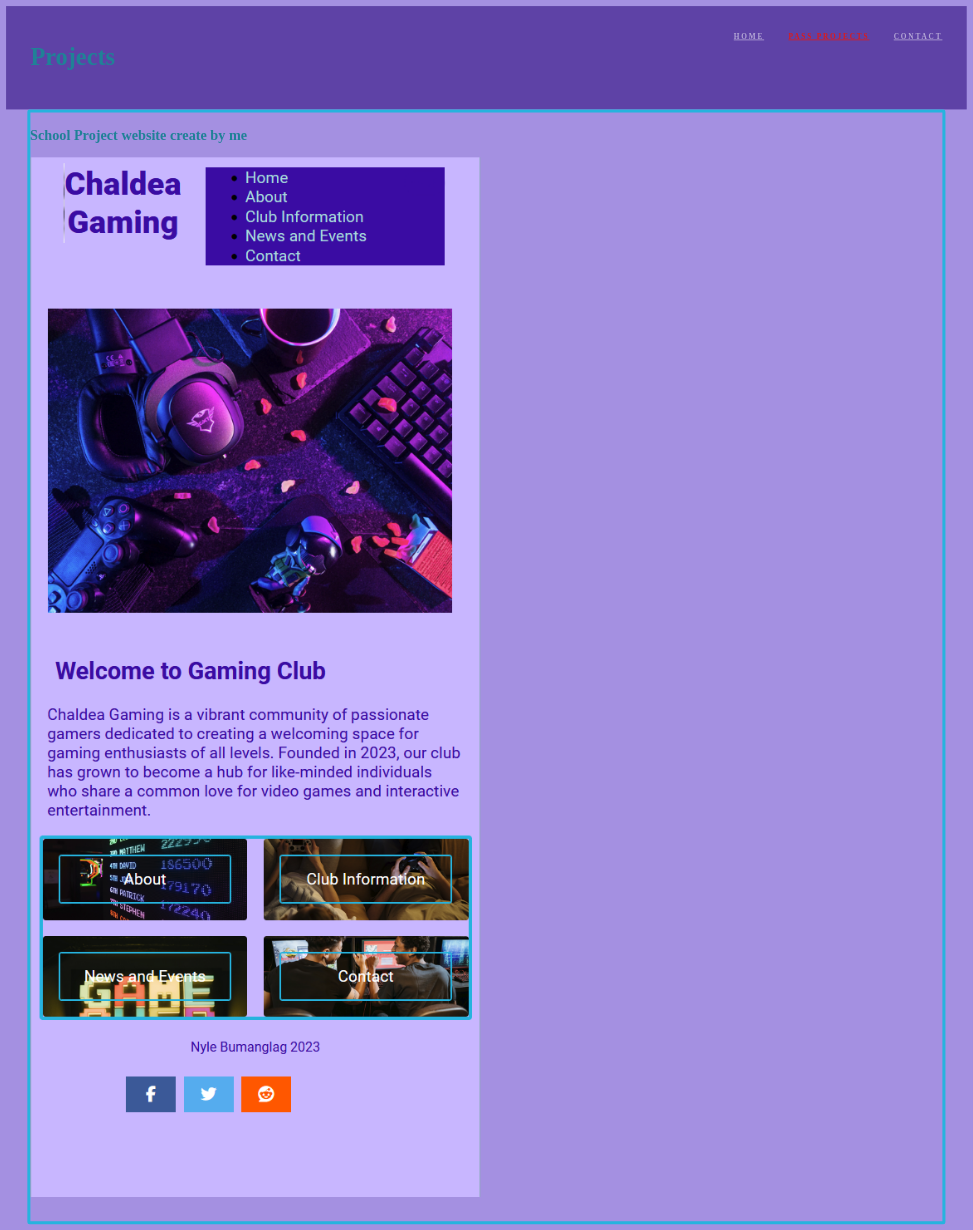
Repository: NyleNC/main
Page: projects.html
These files come from the project's save history. The page is drawn as it stood at one moment and after the next save; the edit follows.
The browser window is 1280 px wide. The pictures show the whole page, at 76% of full size.

Above is the page before, as saved 2024-11-07 00:30:57.

After the next save:
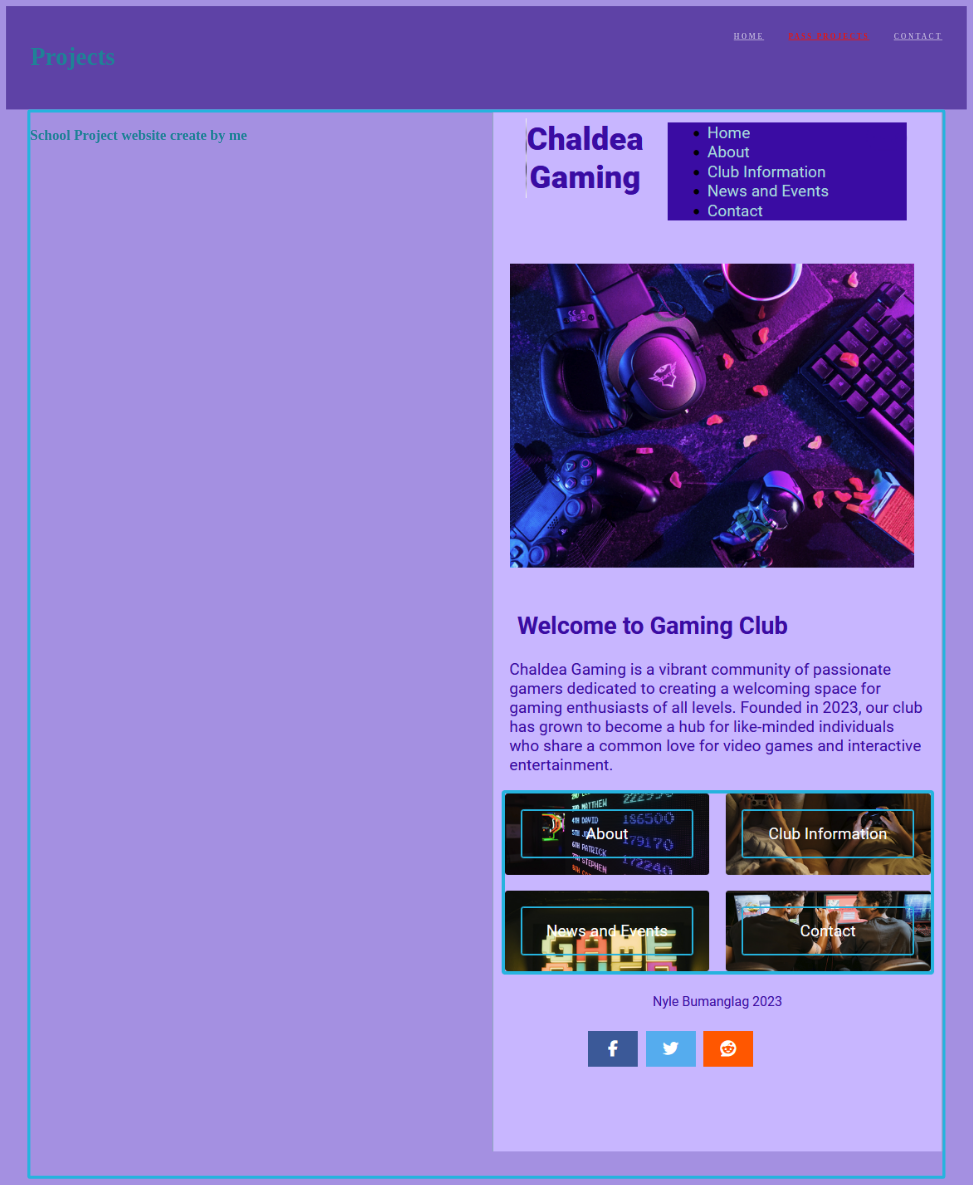
Saved 33 s later.
--- a/projects.html
+++ b/projects.html
@@ -16,9 +16,9 @@
     </nav>
 </header>
 <body>
-    <section class="container">
+    <section >
         <div >
-            <div >
+            <div class="container">
             <h3>School Project website create by me </h3>
             <img src="Images/website.png" alt="website"class="image-fit" >
         </div>

After the save that followed:
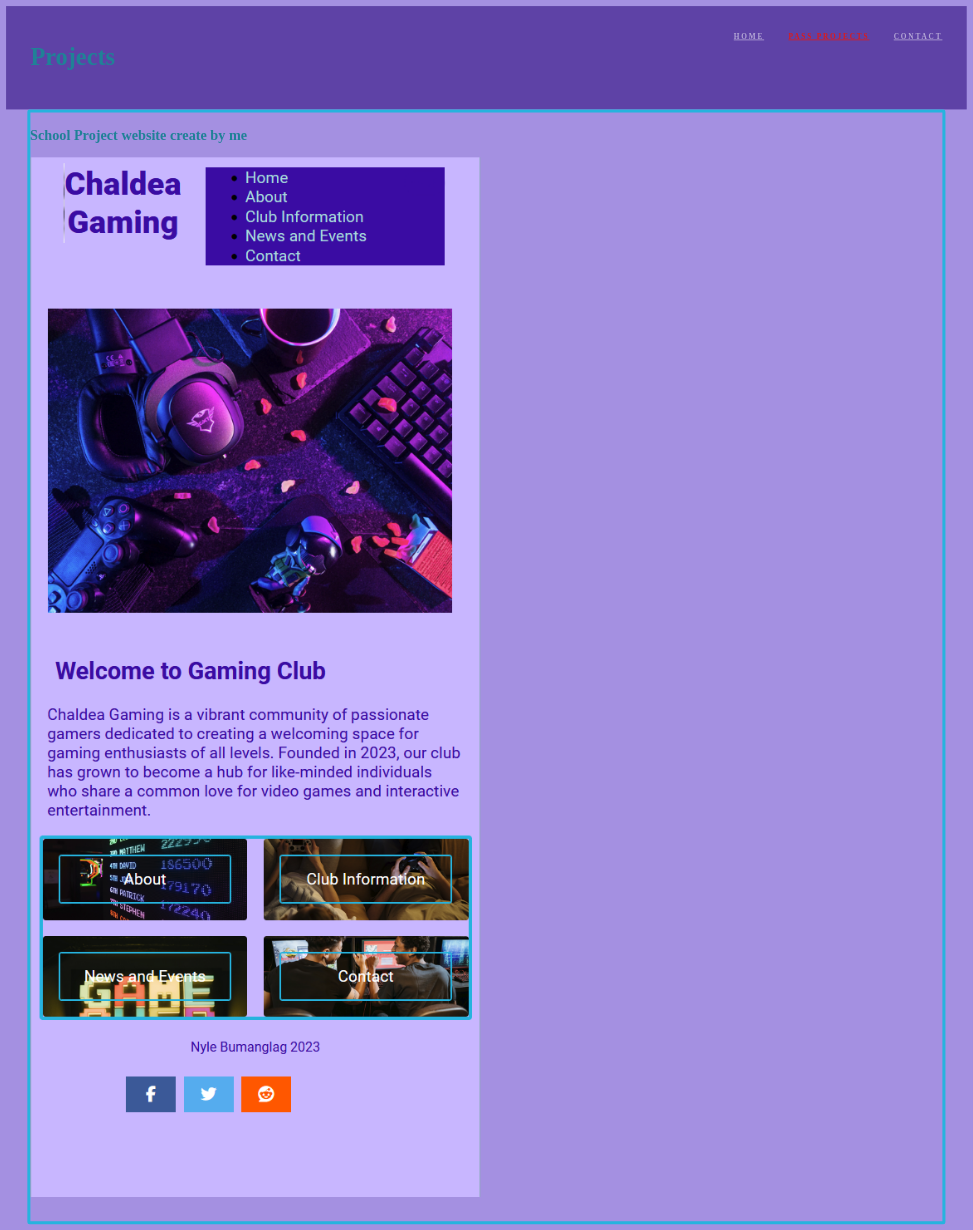
Saved 5 s later.
--- a/projects.html
+++ b/projects.html
@@ -17,8 +17,8 @@
 </header>
 <body>
     <section >
-        <div >
-            <div class="container">
+        <div class="container">
+            <div >
             <h3>School Project website create by me </h3>
             <img src="Images/website.png" alt="website"class="image-fit" >
         </div>
